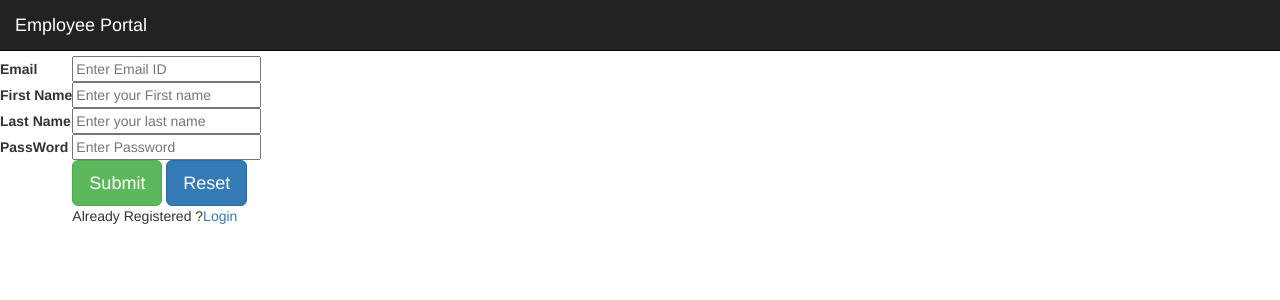
Repository: jagdishpatil18/JavaAdv
Page: http://localhost/EmployeePortal/Preuserreg
These files come from the project's save history. The page is drawn as it stood at one moment and after the next save; the edit follows.
The browser window is 1280 px wide. The pictures show the whole page.
Some web libraries are served in a nearby version. The page is served by Tomcat 9. Other server files are loaded and not shown.

Above is the page before, as saved 2017-05-26 05:01:13.

### EmployeePortal/EmployeePortal/WebContent/newUserreg.jsp
<%@ page language="java" contentType="text/html; charset=UTF-8"
    pageEncoding="UTF-8"%>
<!DOCTYPE html PUBLIC "-//W3C//DTD HTML 4.01 Transitional//EN" "http://www.w3.org/TR/html4/loose.dtd">

<%@ include file="header.jsp" %>
<!DOCTYPE html PUBLIC "-//W3C//DTD HTML 4.01 Transitional//EN" "http://www.w3.org/TR/html4/loose.dtd">
<html>
<head>


<!-- jQuery library -->
<script src="https://ajax.googleapis.com/ajax/libs/jquery/3.2.1/jquery.min.js"></script>

<!-- Latest compiled JavaScript -->
<script src="https://maxcdn.bootstrapcdn.com/bootstrap/3.3.7/js/bootstrap.min.js"></script>


<script type="text/javascript">
function validateuser()
{

    var email = document.getElementById('emailid1');
     var filter = /^([a-zA-Z0-9_\.\-])+\@(([a-zA-Z0-9\-])+\.)+([a-zA-Z]{2,3})+$/;
    /* var filter=/^\w\.+@[a-zA-Z_]+?\.[a-zA-Z]{2,3}$/; */
    var password=document.getElementById('password1');
	var pass=password.value;

	var firstname=document.getElementById('fname');
	var first=firstname.value;
	var name = /^[a-zA-Z]+$/;

	var lastname=document.getElementById('lname');
	var last=lastname.value;


    if(!filter.test(email.value))
    {
    	alert("Enter valid Email");
    	return false;
    }

 	if(first.length==null ||!name.test(first))
 	{
 		alert("Enter Firstname which contains only alphabets ");
 		return false;

 	}

 	if(last.length==null || !name.test(last))
 	{
 		alert("Enter Lastname which contains only alphabets");
 		return false;

 	}

 	if(pass=="" || pass==null )
  	{
		 alert("Password never blank");
		 return false;
	}

}



</script>
</head>
<style>

</style>
<body>

<form action="UserRegistration" method="post" class="user">
<!-- <form action="Preuserreg" method="post"> -->
	<!--  	<div class="container" >  -->

			<table  class="usertbl">
			 <tr>
			 <td><td><h3>&nbsp   SignUp Page</h3></td></td>
			 </tr>
			 <tr>
			   <td><b> Email</b> </td>
			   <td><input type="email" id="emailid1" placeholder="Enter Email ID" name="EmailId" required></td>
			   </tr>
			  <tr>
			   <td><b>First Name </b></td>
			   <td><input type="text" id="fname" placeholder="Enter your First name" name="firstname" required></td>
			  </tr>
			<tr>
			<td><b>Last Name</b></td>
			<td> <input type="text" id="lname" placeholder="Enter your last name" name="lastname" required></td>
			</tr>

			<tr>
				<td><b>PassWord</b></td>
				<td><input type="password" id="password1" placeholder="Enter Password" name="password" required></td>
			</tr>
			<tr><td><td><input type="submit" value="Submit" onclick="return validateuser()" class="btn btn-success btn-lg">
				<input type="reset"  value="Reset" class="btn btn-primary btn-lg"></td></td>
			</tr>
			<tr><td></td><td>Already Registered ?<a href="Prelogin">Login</a></td>
			</tr>
		</table>

 <!--  		</div>  -->
	</form>

</body>
</html>

### EmployeePortal/EmployeePortal/WebContent/header.jsp
<%@ page language="java" contentType="text/html; charset=UTF-8"
    pageEncoding="UTF-8"%>
<!DOCTYPE html PUBLIC "-//W3C//DTD HTML 4.01 Transitional//EN" "http://www.w3.org/TR/html4/loose.dtd">
<html>
<head>
<meta http-equiv="Content-Type" content="text/html; charset=UTF-8">
 <meta name="viewport" content="width=device-width, initial-scale=1">

<title>EmployeePortal</title>
<link rel="stylesheet" href="https://maxcdn.bootstrapcdn.com/bootstrap/3.3.7/css/bootstrap.min.css">

<!-- jQuery library -->
<script src="https://ajax.googleapis.com/ajax/libs/jquery/3.2.1/jquery.min.js"></script>

<!-- Latest compiled JavaScript -->
<script src="https://maxcdn.bootstrapcdn.com/bootstrap/3.3.7/js/bootstrap.min.js"></script>


</head>
<body>
	<nav class="navbar navbar-inverse navbar-fixed-top">
	<div class="container-fluid">
		<div class="navbar-header">
			<a class="navbar-brand" >Employee Portal</a>
		</div>
		<ul class="nav navbar-nav">
			<%if(session.getAttribute("userid")!=null) {%>
			<li><a href="EmployeeDetails">EmployeeDetails</a></li>
			<%} %>



		</ul>

		<ul class="nav navbar-nav navbar-right">
			<%-- <%if(session.getAttribute("userid")==null){ %>
			<li><a href="signup"><span class="glyphicon glyphicon-user"></span>Sign Up</a></li>

			<%} %>
			<%if(session.getAttribute("userid")==null){ %>
			<li><a href="login"><span class="glyphicon glyphicon-log-in"></span>Login</a></li>
			<%} %> --%>

			<%if(session.getAttribute("userid")!=null){%>
			<li class="hli" style="float: right "><form action="Logout" method="post"  class="logout">
<input id="hlogout" type="submit" value="Logout" class="btn btn-primary"> 			<% }%>
		</ul>
	</div>
	</nav>
</body>

### EmployeePortal/EmployeePortal/src/com/bridgelab/employeeportal/Preuserreg.java
package com.bridgelab.employeeportal;

import java.io.IOException;
import javax.servlet.ServletException;
import javax.servlet.annotation.WebServlet;
import javax.servlet.http.HttpServlet;
import javax.servlet.http.HttpServletRequest;
import javax.servlet.http.HttpServletResponse;


@WebServlet("/Preuserreg")
public class Preuserreg extends HttpServlet {
	private static final long serialVersionUID = 1L;

	protected void doGet(HttpServletRequest request, HttpServletResponse response) throws ServletException, IOException
	{
		doPost(request, response);

	}

	protected void doPost(HttpServletRequest request, HttpServletResponse response) throws ServletException, IOException
	{
		response.setContentType("text/html");
		request.getRequestDispatcher("newUserreg.jsp").forward(request, response);

	}

}

After the next save:
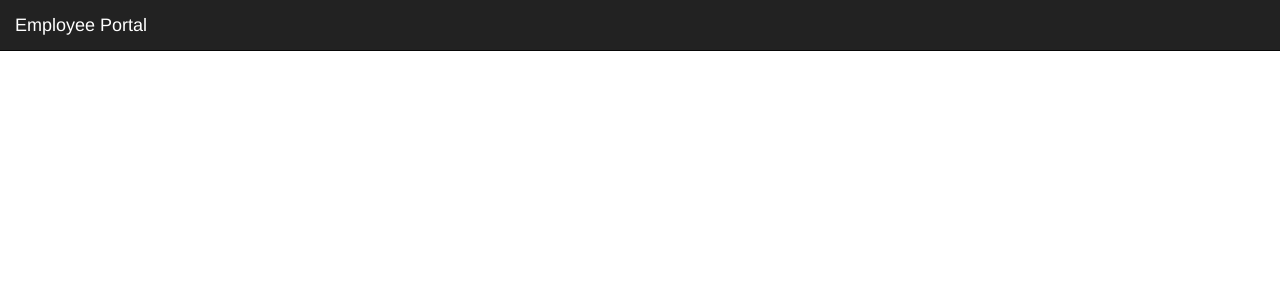
Saved 35 s later.
--- a/EmployeePortal/EmployeePortal/WebContent/newUserreg.jsp
+++ b/EmployeePortal/EmployeePortal/WebContent/newUserreg.jsp
@@ -70,9 +70,15 @@ function validateuser()
 </style>
 <body>
 
-<form action="UserRegistration" method="post" class="user">
-<!-- <form action="Preuserreg" method="post"> -->
-	<!--  	<div class="container" >  -->
+
+</body>
+</html>
+
+
+
+<!-- <form action="UserRegistration" method="post" class="user">
+<form action="Preuserreg" method="post">
+	 	<div class="container" >
 
 			<table  class="usertbl">
 			 <tr>
@@ -102,8 +108,5 @@ function validateuser()
 			</tr>
 		</table>
 
- <!--  		</div>  -->
-	</form>
-
-</body>
-</html>
+  		</div>
+	</form> -->
